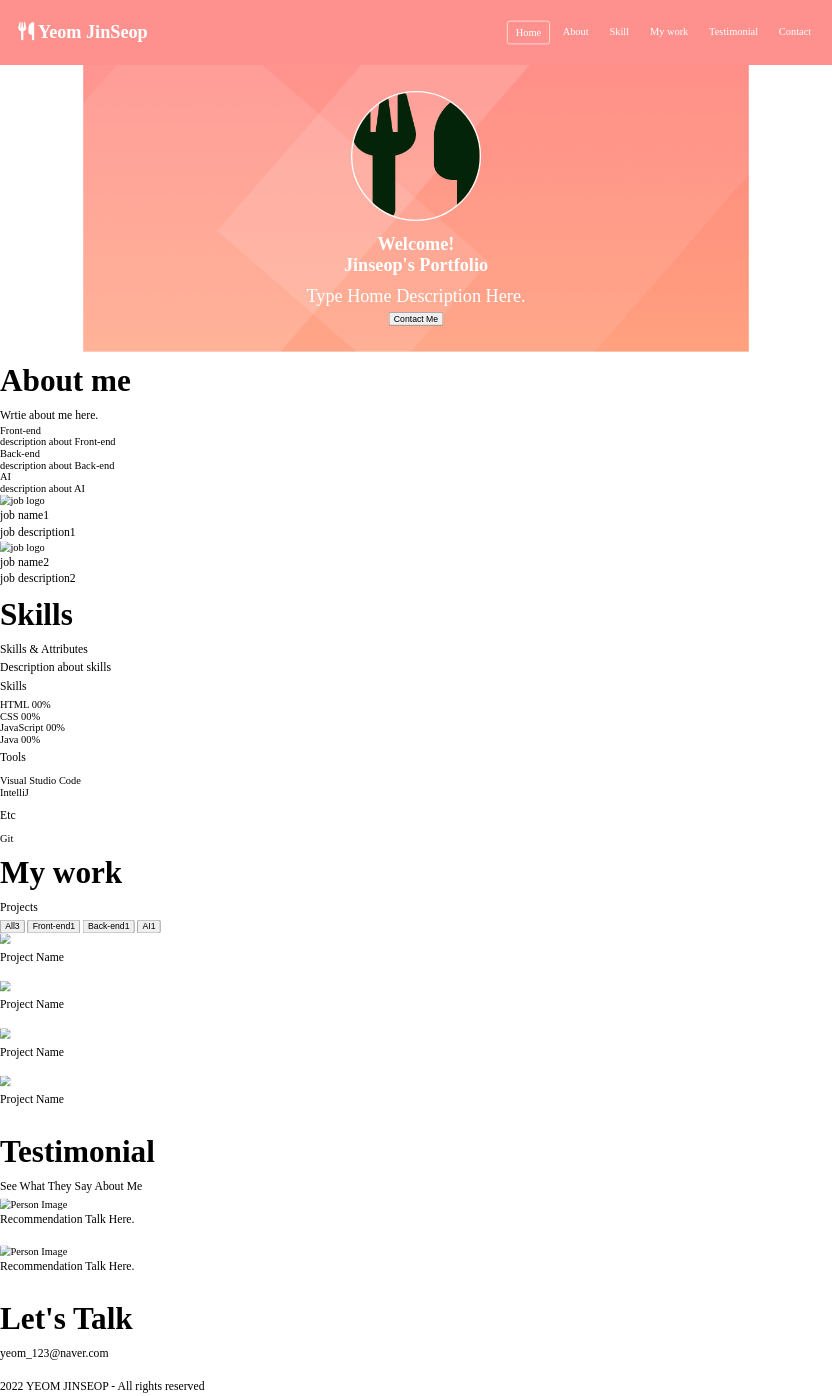
Repository: YEOMJINSEOP/yeomjinseop.github.io
Page: index.html
An editor plug-in stored every save of this project. The page is shown before and after the next save, followed by the edit.
The browser window is 1280 px wide. The pictures show the whole page, at 65% of full size.
Some web libraries are served in a nearby version.

Above is the page before, as saved 2022-08-14 11:46:32.

After the next save:
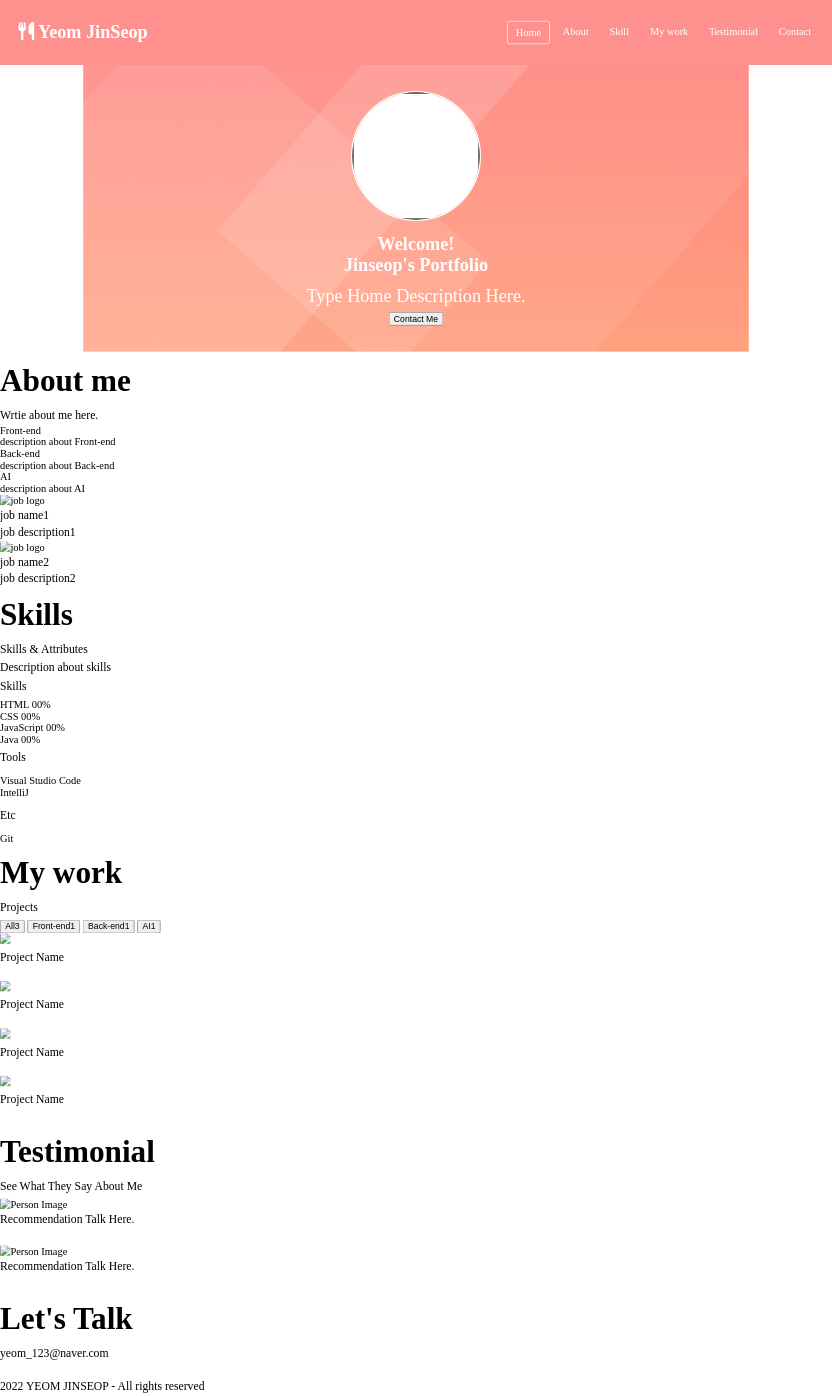
Saved 112 s later.
--- a/index.html
+++ b/index.html
@@ -48,7 +48,7 @@
 
   <!-- Home -->
   <section id="home">
-    <img src="/images/favicon.png" alt="Jinseop's image" class="home__avatar">
+    <img src="/images/whileimage.png" alt="Jinseop's image" class="home__avatar">
     <h1 class="home__title">Welcome! <br/> Jinseop's Portfolio</h1>
     <h3 class="home__description">Type Home Description Here.</h3>
     <button class="home__button">Contact Me</button>
